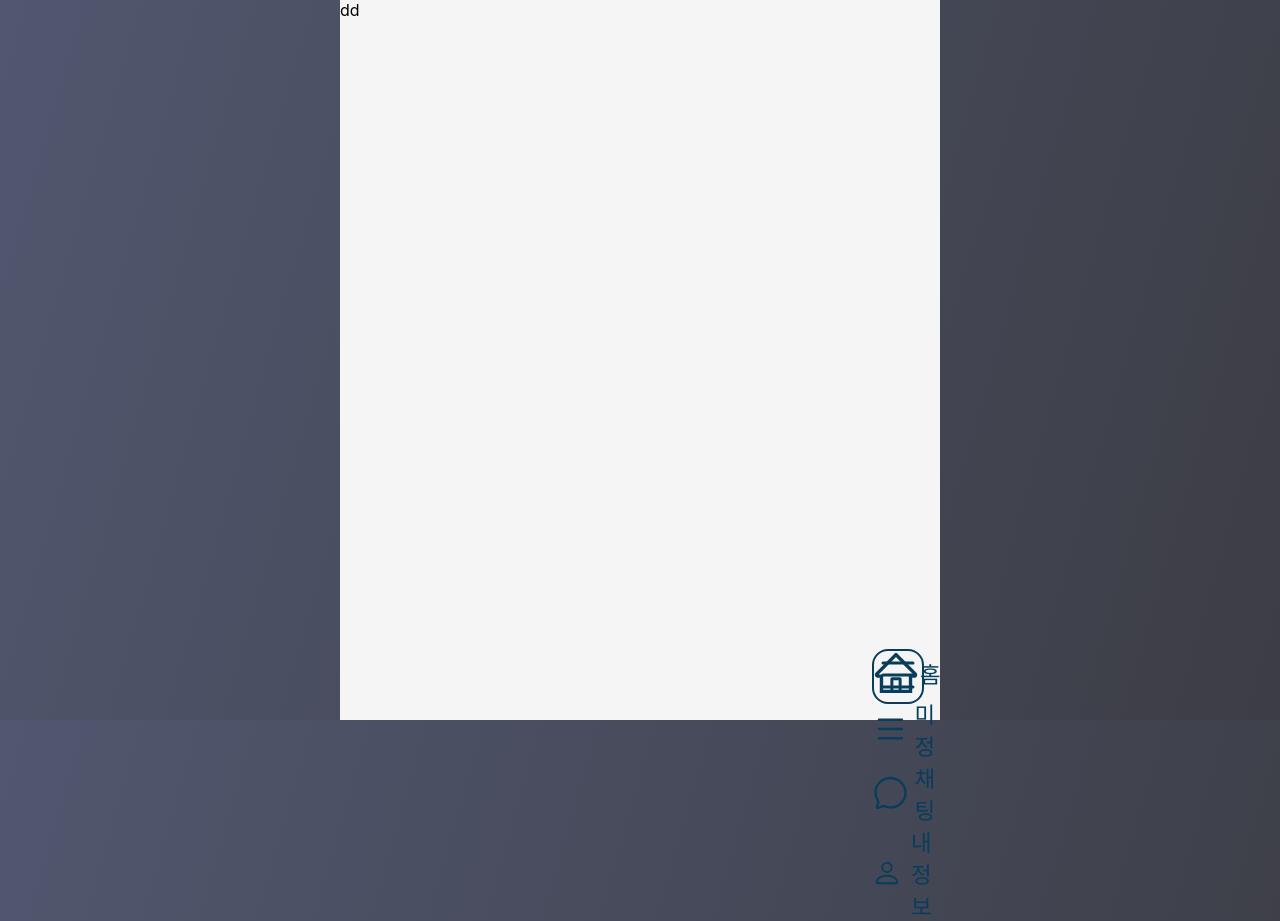
Repository: SeungYn/hanium
Page: /
An editor plug-in stored every save of this project. The page is shown before and after the next save, followed by the edit.
The browser window is 1280 px wide. The pictures show the whole page.
The project was rebuilt for these pictures with package versions that can differ from the ones it lists, and the page was loaded fresh each time. Also part of the build but not shown: src/App.css, src/components/ReadPopup/ReadPopup.module.css, src/components/ReadPopup/ReadPopup.jsx, src/pages/login/Login.jsx.

Above is the page before, as saved 2022-10-27 13:35:39.

### src/index.js
import React from 'react';
import ReactDOM from 'react-dom/client';
import './index.css';
import App from './App';

import { AuthErrorEventBus, AuthProvider } from './context/AuthContext';
import TokenStorage from './db/token';
import HttpClient from './network/http';
import AuthService from './service/auth';

const baseURL = 'https://d4a8ab3f9df191.lhr.life';
const tokenStorage = new TokenStorage();
const authErrorEventBus = new AuthErrorEventBus();
const httpClient = new HttpClient(baseURL, authErrorEventBus, tokenStorage);
const authService = new AuthService(httpClient, tokenStorage);

const root = ReactDOM.createRoot(document.getElementById('root'));
root.render(
  <React.StrictMode>
    <AuthProvider
      authService={authService}
      authErrorEventBus={authErrorEventBus}
      tokenStorage={tokenStorage}
    >
      <App authService={authService} />
    </AuthProvider>
  </React.StrictMode>
);

### src/index.css
:root {
  --color-darkBlue: #073d5d;
  --color-main: #42a5f5;
  --color-bg-dark: #f5f5f5;
  --color-bg: #fdfffd;
  --color-font: #073d5d;
  --color-accent: #073d5d;
  --color-font-accent: white;
  --color-error-bg: rgba(173, 173, 173, 0.401);
  --color-popup-bg: white;
  /* 사이즈 */
  --font-size-medium: 1.4rem;
  --font-size-small: 1rem;
}

* {
  box-sizing: border-box;
}

html,
body {
  height: 100%;
  width: 100%;
  margin: 0;
  background: rgb(81, 87, 111);
  background: linear-gradient(
    106deg,
    rgba(81, 87, 111, 1) 0%,
    rgba(60, 61, 69, 1) 100%
  );
  accent-color: var(--color-accent);
}
a {
  text-decoration: none;
  color: var(--color-font);
}
ul {
  padding: 0;
  margin: 0;
  list-style: none;
}
#root {
  height: 100%;
  width: 100%;
  max-width: 600px;
  background-color: var(--color-bg-dark);
  margin: auto;
  display: flex;
  flex-direction: column;
  position: relative;
}

button {
  cursor: pointer;
}
body {
  margin: 0;
  font-family: -apple-system, BlinkMacSystemFont, 'Segoe UI', 'Roboto', 'Oxygen',
    'Ubuntu', 'Cantarell', 'Fira Sans', 'Droid Sans', 'Helvetica Neue',
    sans-serif;
  -webkit-font-smoothing: antialiased;
  -moz-osx-font-smoothing: grayscale;
}

code {
  font-family: source-code-pro, Menlo, Monaco, Consolas, 'Courier New',
    monospace;
}

### src/App.js
import { useCallback } from 'react';
import { createBrowserRouter, RouterProvider } from 'react-router-dom';
import './App.css';
import FirstPage from './pages/firstPage/FirstPage';
import Root from './pages/Root';

// const router = createBrowserRouter([
//   {
//     path: '/',
//     element: <Root />,
//     children: [],
//   },
// ]);

function App({ authService }) {
  const router = useCallback(
    createBrowserRouter([
      {
        path: '/',
        element: <Root />,
        children: [
          { index: true, element: <FirstPage authService={authService} /> },
        ],
      },
    ]),
    [authService]
  );
  return <RouterProvider router={router} />;
}

export default App;

### src/context/AuthContext.jsx
import {
  createContext,
  createRef,
  useCallback,
  useContext,
  useEffect,
  useImperativeHandle,
  useMemo,
  useState,
} from 'react';
import ReadPopup from '../components/ReadPopup/ReadPopup';

import Login from '../pages/login/Login';

const AuthContext = createContext({});

const contextRef = createRef();

export function AuthProvider({
  authService,
  authErrorEventBus,
  children,
  tokenStorage,
}) {
  const [user, setUser] = useState(1);
  const [error, setError] = useState(null);

  const context = useMemo(() => ({}), []);

  const onLogin = async ({ loginId, password }) => {
    await authService
      .headerTokenLogin(loginId, password)
      .then((data) => {
        console.log(data);
        tokenStorage.saveUser({
          memberId: data.memberId,
          nickname: data.nickname,
        });
        setUser({ memberId: data.memberId, nickName: data.nickname });
        console.log(tokenStorage.getUser());
        return;
      })
      .catch((error) => {
        setError(error);
      });
  };

  const logout = useCallback(
    async () =>
      await authService.logout().then(() => {
        setUser(undefined);
      }),
    [authService]
  );

  useEffect(() => {
    authErrorEventBus.listen((err) => {
      console.log('err');
      console.log(err);
      setError(err);
      setUser(undefined);
      authService.logout();
    });
  }, [authErrorEventBus]);

  useEffect(() => {
    if (tokenStorage.getUser()) {
      setUser({ ...tokenStorage.getUser() });

      //nav('/');
    }

    //setUser({ token: localStorage.getItem('TOKEN') });
  }, []);

  return (
    <AuthContext.Provider value={context}>
      {user ? (
        children
      ) : (
        <>
          {error && (
            <ReadPopup content={error} onHandler={setError} type={'error'} />
          )}
          <Login authService={authService} onLogin={onLogin} />
        </>
      )}
    </AuthContext.Provider>
  );
}

export class AuthErrorEventBus {
  listen(callback) {
    this.callback = callback;
  }
  notify(error) {
    this.callback(error);
  }
}

export default AuthContext;
export const fetchToken = () => contextRef.current;
export const useAuth = () => useContext(AuthContext);

### src/db/token.js
const TOKEN = 'token';
const USER = 'user';
const USERNICKNAME = 'userNickName';
export default class TokenStorage {
  saveToken(token) {
    localStorage.setItem(TOKEN, token);
  }

  getToken() {
    return localStorage.getItem(TOKEN);
  }

  saveUser(user) {
    console.log(user);
    localStorage.setItem(USER, JSON.stringify(user));
    console.log(localStorage.getItem(USER));
  }

  getUser() {
    return JSON.parse(localStorage.getItem(USER));
  }

  clearToken() {
    console.log('토큰삭제');
    localStorage.clear(TOKEN);
  }
  clearUser() {
    console.log('유저삭제');
    localStorage.clear(USER);
  }
}

### src/network/http.js
export default class HttpClient {
  constructor(baseURL, authErrorEventBus, tokenStorage) {
    this.baseURL = baseURL;
    this.authErrorEventBus = authErrorEventBus;
    this.tokenStorage = tokenStorage;
  }

  async fetch(url, options) {
    console.log(`${this.baseURL}${url}`);
    let res = undefined;
    try {
      res = await fetch(`${this.baseURL}${url}`, {
        ...options,
        headers: {
          'Content-Type': 'application/json',
          ...options.headers,
        },
      });
    } catch (e) {
      const err = new Error('서버와 연결이 안됩니다.');
      throw err;
    }

    console.log(123);
    console.log(res);
    if (res.headers.get('Authorization')) {
      this.tokenStorage.saveToken(
        res.headers.get('Authorization').split(' ')[1]
      );
    }

    let data;
    console.log(res.headers);
    try {
      data = await res.json();
    } catch (error) {
      console.error('데이터 없어서 에러');
    }
    console.log(res);
    if (res.status > 299 || res.status < 200) {
      const message =
        data && data.message ? data.message : 'Something went wrong! 🤪';

      let error = new Error(message);

      if (res.status === 401) {
        console.log('401에러');
        error = new Error('로그인 정보가 잘 못 됐습니다.');
        this.authErrorEventBus.notify(error);
        return;
      }
      if (res.status === 400) {
        error.name = data.code ? data.code : '에러코드 등록 필요';
        console.log(error.message);
        throw error;
      }
      throw error;
    }

    return data;
  }
}

### src/service/auth.js
export default class AuthService {
  constructor(http, tokenStorage) {
    this.http = http;
    this.tokenStorage = tokenStorage;
  }

  //내 정보
  async getMyInfo() {
    const data = await this.http.fetch('/user', {
      method: 'GET',
      headers: this.getHeaders(),
    });
    return data;
  }

  //노드 /signup
  //스프링 /join
  async signup({
    nickname,
    loginId,
    password,
    email,
    sex,
    university,
    dept,
    sno,
  }) {
    console.log(nickname, loginId, password, email, sex, university, dept, sno);
    const data = await this.http.fetch('/auth/join', {
      method: 'POST',
      body: JSON.stringify({
        nickname,
        password,
        loginId,
        email,
        sex,
        university,
        dept,
        sno,
      }),
    });
    //this.tokenStorage.saveToken(data.token);
    return data;
  }

  //헤더로 토큰 받고 로그인
  async headerTokenLogin(loginId, password) {
    console.log(loginId, password);
    const data = await this.http.fetch(`/auth/login`, {
      method: 'POST',
      body: JSON.stringify({ loginId, password }),
    });
    // const res = await fetch(`${this.http.baseURL}/login`, {
    //   method: 'POST',
    //   headers: {
    //     'Content-Type': 'application/json',
    //   },
    //   body: JSON.stringify({ loginId, password }),
    // });

    // let data;
    // try {
    //   data = await res.json();
    // } catch (error) {
    //   console.error(error);
    // }

    // if (res.status > 299 || res.status < 200) {
    //   console.log('승유');
    //   const message =
    //     data && data.message ? data.message : 'Something went wrong! 🤪';
    //   const error = new Error(message);
    //   console.error('error = ', error);

    //   if (res.status === 401) {
    //     this.authErrorEventBus.notify(error);
    //   }
    //   if (res.status === 400) {
    //     error.name = data.code ? data.code : '에러코드 등록 필요';
    //     console.log(error.message);
    //     throw error;
    //   }
    //   throw error;
    // }
    // const token = res.headers.get('Authorization').split(' ')[1];
    // this.tokenStorage.saveToken(token);

    return data;
  }

  //노드서버 /idDuplicate
  //스프링서버 /duplicate-loginId
  async idDuplicateVerification(loginId) {
    const data = await this.http.fetch(`/auth/duplicate-loginId`, {
      method: 'POST',
      body: JSON.stringify({ loginId }),
    });
    return data;
  }

  async nicknameDuplicateVerification(nickname) {
    const data = await this.http.fetch(`/auth/duplicate-nickname`, {
      method: 'POST',
      body: JSON.stringify({ nickname }),
    });
    return data;
  }

  //이메일로 인증번호 받기
  async getEmailAuthenticationNumber(email) {
    console.log(email);
    const data = await this.http.fetch('/auth/mail-auth', {
      method: 'POST',
      body: JSON.stringify({
        email,
      }),
    });
    return data;
  }

  //인증번호 확인
  async authenticationNumberVerification(number) {
    const data = await this.http.fetch('/auth/mailcode-auth', {
      method: 'POST',
      body: JSON.stringify({
        code: number,
      }),
    });
    return data;
  }
  //노드서버 auth/login
  async login(loginId, password) {
    const data = await this.http.fetch('/auth/login', {
      method: 'POST',
      body: JSON.stringify({ loginId, password }),
    });
    this.tokenStorage.saveToken(data.token);
    return data;
  }

  async test() {
    const data = await this.http.fetch('/user', {
      method: 'GET',
      headers: this.getHeaders(),
    });
    return data;
  }

  async me() {
    const token = this.tokenStorage.getToken();
    return this.http.fetch('/me', {
      method: 'GET',
      headers: { Authorization: `Bearer ${token}` },
    });
  }

  async logout() {
    this.tokenStorage.clearToken();
    this.tokenStorage.clearUser();
  }

  getHeaders() {
    const token = this.tokenStorage.getToken();
    return {
      Authorization: `Bearer ${token}`,
    };
  }
}

### src/pages/firstPage/FirstPage.jsx
import React from 'react';

export default function FirstPage() {
  return <div>dd</div>;
}

### src/pages/Root.jsx
import React from 'react';
import { Outlet } from 'react-router-dom';
import Navbar from '../components/Navbar/Navbar';

export default function Root() {
  return (
    <>
      <Outlet />
      <Navbar />
    </>
  );
}

### src/components/Navbar/Navbar.jsx
import React, { useRef, useState } from 'react';
import { NavLink } from 'react-router-dom';
import styles from './Navbar.module.css';
import { AiOutlineHome } from 'react-icons/ai';
import { BsList, BsPerson } from 'react-icons/bs';
import { IoChatbubbleOutline } from 'react-icons/io5';
import { IconContext } from 'react-icons';

export default function Navbar() {
  const navMenuRef = useRef();
  const [navToggle, setNavToggle] = useState(false);
  const handleBtn = (e) => {
    setNavToggle((t) => !t);
  };
  console.log(navToggle ? styles.navAppear : styles.navDisappear);
  return (
    <nav className={styles.nav}>
      <IconContext.Provider value={{ className: styles.reactIcon }}>
        <div
          ref={navMenuRef}
          className={`${styles.navMenu} ${
            navToggle ? styles.navAppear : styles.navDisappear
          }`}
        >
          <NavLink
            to='/'
            className={({ isActive }) =>
              isActive
                ? `${styles.active} ${styles.link}`
                : `${styles.unactive} ${styles.link}`
            }
          >
            <AiOutlineHome />
            <span className={styles.text}>홈</span>
          </NavLink>

          <NavLink
            to='/1'
            className={({ isActive }) =>
              isActive
                ? `${styles.active} ${styles.link}`
                : `${styles.unactive} ${styles.link}`
            }
          >
            <BsList />
            <span className={styles.text}>미정</span>
          </NavLink>

          <NavLink
            to='/2'
            className={({ isActive }) =>
              isActive
                ? `${styles.active} ${styles.link}`
                : `${styles.unactive} ${styles.link}`
            }
          >
            <IoChatbubbleOutline />
            <span className={styles.text}>채팅</span>
          </NavLink>

          <NavLink
            to='/3'
            className={({ isActive }) =>
              isActive
                ? `${styles.active} ${styles.link}`
                : `${styles.unactive} ${styles.link}`
            }
          >
            <BsPerson />
            <span className={styles.text}>내정보</span>
          </NavLink>
        </div>
        <button className={styles.btn} onClick={handleBtn}>
          <BsList />
        </button>
      </IconContext.Provider>
    </nav>
  );
}

### src/pages/login/Login.module.css
button {
  outline: none;
  border: none;
  color: var(--color-font);
  border: 2px solid var(--color-font);
  padding: 0.4rem 0;
  background-color: transparent;
  border-radius: 1rem;
}

button:hover {
  background-color: var(--color-accent);
  color: var(--color-font-accent);
}

.container {
  display: flex;
  flex-direction: column;
  overflow-y: auto;
  align-items: center;
  width: 100%;
}
.authTitle {
  width: 100%;
  text-align: center;
  color: var(--color-font);
}
.authForm {
  width: 100%;
}

.authForm__itemList .authForm__item,
.authForm__itemList .authForm__emailGroup {
  margin-top: 0.6rem;
}

.authForm__emailGroup {
  display: flex;
}

.emailBtn {
  flex: 0 0 20%;
  font-size: var(--font-size-small);
}

label[for='signup'] {
  cursor: pointer;
}

.form_signup {
  margin-top: 0.6rem;
  text-align: center;
}

.auth_btn {
  margin-top: 0.6rem;
  width: 100%;
  font-size: var(--font-size-medium);
  outline: none;
  border: none;
  color: var(--color-font);
  border: 2px solid var(--color-font);
  padding: 0.4rem 0;
  background-color: transparent;
  border-radius: 1rem;
}

.auth_btn:hover {
  background-color: var(--color-accent);
  color: var(--color-font-accent);
}

### src/components/Navbar/Navbar.module.css
.nav {
  position: absolute;
  bottom: 1rem;
  right: 1rem;
  font-size: var(--font-size-medium);
  text-align: center;
}

.link {
  display: flex;
  align-items: center;
}

.link:hover {
  color: black;
}

.navMenu {
  /* opacity: 0;
  pointer-events: none;
  transition: all 0.1s ease-out; */
  position: absolute;
  transition: height 1s ease-out;
  overflow: hidden;

  min-height: 0;
}

.navAppear {
}

.navDisappear {
}

.reactIcon {
  font-size: 3rem;
}

.btn {
  padding: 0;
}

/* @keyframes listUp {
  0% {
    height: 0%;
  }
  50% {
    height: 50%;
  }
  100% {
    height: 100%;
  }
} */

Loaded but not shown: public/index.html (common file)

After the next save:
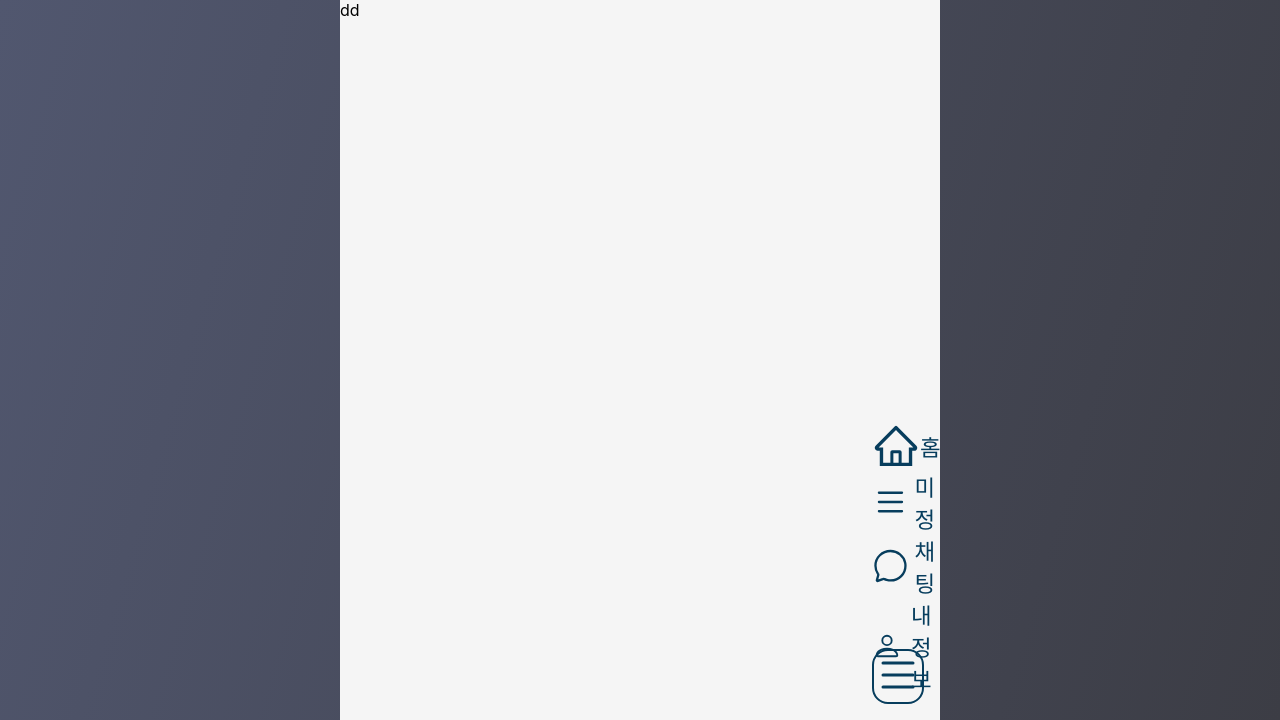
Saved 33 s later.
--- a/src/components/Navbar/Navbar.module.css
+++ b/src/components/Navbar/Navbar.module.css
@@ -22,7 +22,7 @@
   position: absolute;
   transition: height 1s ease-out;
   overflow: hidden;
-
+  bottom: 10px;
   min-height: 0;
 }
 
